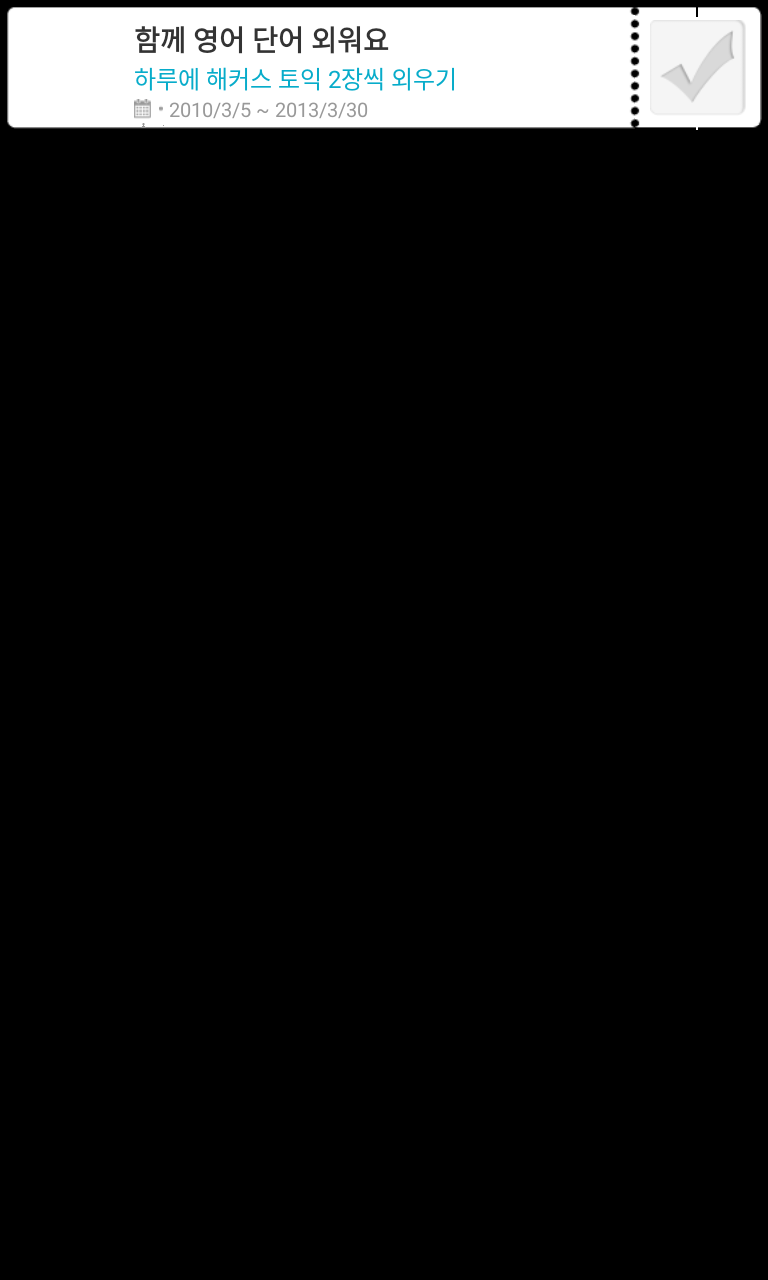
Repository: belhyun/witherest-android
Layout: Witherest/res/layout/mycheck_list_item_row.xml
The author's editor kept a copy of each file at every save. The layout is drawn from the files as they stood at one save, then again after the next save.
It is drawn on a 768 x 1280 px phone screen (xhdpi) without system bars, with theme android:Theme.Holo; the app's code is not run.

Above is the layout before, as saved 2013-07-06 09:32:22.

After the next save:
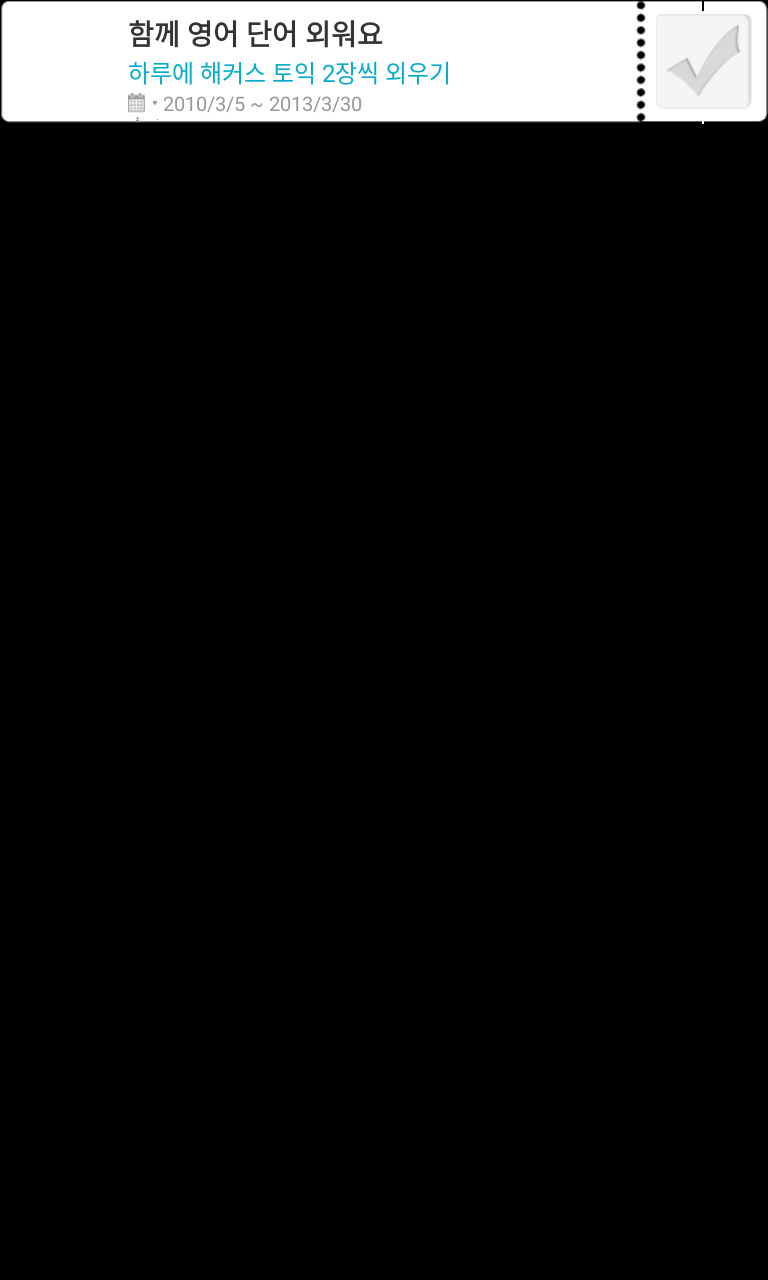
Saved 7 s later.
--- a/Witherest/res/layout/mycheck_list_item_row.xml
+++ b/Witherest/res/layout/mycheck_list_item_row.xml
@@ -10,7 +10,7 @@
         android:layout_width="fill_parent"
         android:layout_height="wrap_content"
         android:clickable="true"
-        android:padding="3dp" >
+        android:padding="0dp" >
 
         <RelativeLayout
             android:id="@+id/mycheck_row_left_contaniner"
